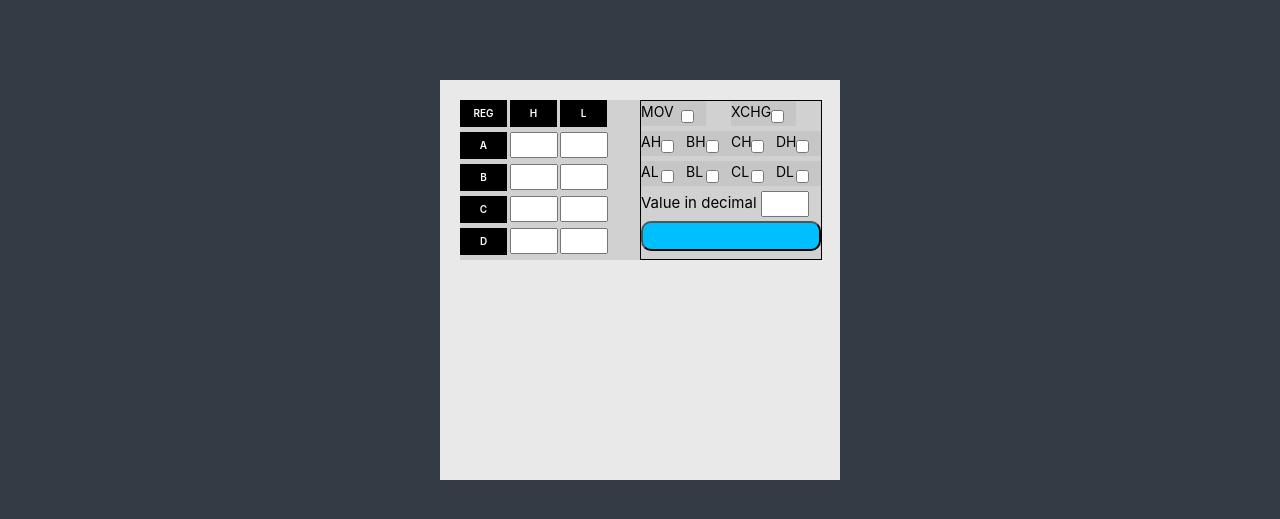
Repository: piookr-wsei/8086
Page: /
An editor plug-in stored every save of this project. The page is shown before and after the next save, followed by the edit.
The browser window is 1280 px wide. The pictures show the whole page.
The project was rebuilt for these pictures with package versions that can differ from the ones it lists, and the page was loaded fresh each time.

Above is the page before, as saved 2022-06-18 21:48:01.

### src/App.js
import React from 'react';
import { useState } from 'react';
import './App.css';
import { RegDesc, RegInput, RegWrapper, UiWindow, UiWrapper, SettingsWrapper, Labels, CheckWrapper, OpBox, LineWrap, NumDesc, RegChWrapper, Run } from './Components/Components.elements';


function App() {

  const xchg="xchg";
  const mov="mov"

  const [movChecked, setMovChecked] = useState(false);

  const [xchgChecked, setXchgChecked] = useState(false);

  const [opChosen,setOpChosen] = useState(null)

  function HandleCheck(name){
    if(name=="mov"){
      setMovChecked(!movChecked)
      setXchgChecked(false)
    }
    else if(name=="xchg"){
      setXchgChecked(!xchgChecked)
      setMovChecked(false)

    }
    setOpChosen(name)
  }

function OpChange(){
  return(
    <>
    <Labels>
      <CheckWrapper>
        MOV
        <OpBox type="checkbox"  checked={movChecked} onClick={() => HandleCheck(mov)} id="MOV"/>
      </CheckWrapper>
      <CheckWrapper style={{position:"relative", left:"10px"}}>
        XCHG
        <OpBox type="checkbox" checked={xchgChecked} onChange={() => HandleCheck(xchg)} id="XCHG" name="XCHG"/>
      </CheckWrapper>
    </Labels>
    </>
    )
  }







  return (
    <div className="App">
      <UiWindow>
        <UiWrapper>
          <RegWrapper>
            <RegDesc textContent={"REG"}/>  <RegDesc textContent={"H"}/>  <RegDesc textContent={"L"}/>

            <RegDesc textContent={"A"}/>  <RegInput maxLength={2}/> <RegInput maxLength={2}/>
            <RegDesc textContent={"B"}/>  <RegInput maxLength={2}/> <RegInput maxLength={2}/>
            <RegDesc textContent={"C"} />  <RegInput maxLength={2}/> <RegInput maxLength={2}/>
            <RegDesc textContent={"D"}/>  <RegInput maxLength={2}/> <RegInput maxLength={2}/>
          </RegWrapper>

          <SettingsWrapper>

              <OpChange/>

              <RegChWrapper>
                <CheckWrapper>
                  AH<OpBox type="checkbox"/>
                </CheckWrapper>
                <CheckWrapper>
                  BH<OpBox type="checkbox"/>
                </CheckWrapper>
                <CheckWrapper>
                  CH<OpBox type="checkbox"/>
                </CheckWrapper>
                <CheckWrapper>
                  DH<OpBox type="checkbox"/>
                </CheckWrapper>
                <CheckWrapper>
                  AL<OpBox type="checkbox"/>
                </CheckWrapper>
                <CheckWrapper>
                  BL<OpBox type="checkbox"/>
                </CheckWrapper>
                <CheckWrapper>
                  CL<OpBox type="checkbox"/>
                </CheckWrapper>
                <CheckWrapper>
                  DL<OpBox type="checkbox"/>
                </CheckWrapper>
              </RegChWrapper>

              <LineWrap>
              <NumDesc textContent={"Value in decimal"}/>  <RegInput maxLength={3} style={{width:"40px"}}/>
              </LineWrap>
              <Run></Run>
          </SettingsWrapper>



        </UiWrapper>
      </UiWindow>

    </div>
  );
}

export default App;

### src/App.css
body{
  height: 100%;
  background: rgba(1, 10, 22, 0.8);
}
.App {

}

.App-logo {
  height: 40vmin;
  pointer-events: none;
}

@media (prefers-reduced-motion: no-preference) {
  .App-logo {
    animation: App-logo-spin infinite 20s linear;
  }
}

.App-header {
  background-color: #282c34;
  min-height: 100vh;
  display: flex;
  flex-direction: column;
  align-items: center;
  justify-content: center;
  font-size: calc(10px + 2vmin);
  color: white;
}

.App-link {
  color: #61dafb;
}

@keyframes App-logo-spin {
  from {
    transform: rotate(0deg);
  }
  to {
    transform: rotate(360deg);
  }
}

### src/Components/Components.elements.js
import styled from "styled-components";

export const UiWindow = styled.div`
    height: 400px;
    width: 400px;
    background: rgb(233,233,233);
    position: relative;
    margin: auto;
    top: 80px;
`

export const UiWrapper = styled.div`
    border: 20px solid transparent;
    display: grid;
    grid-template-columns: 1fr 1fr;
`

export const RegWrapper = styled.div`
    width: 180px;
    background: rgba(0,0,0,0.1);
    position: relative;
    left: 0;
    display: grid;
    grid-template-columns: 50px 50px 50px;
`

export const RegInput = styled.input`
    height: 20px;
    width: 40px;
    margin-bottom:5px;
    text-align: center;
`

export const SettingsWrapper = styled.div`
    width: 180px;
    background: rgba(0,0,0,0.1);
    position: relative;
    right: 0;
    display: grid;
    grid-template-columns: 180px;
    border: solid 1px black;
    font-size: 14px;
    line-height: 22px;
    grid-template-rows: 30px 60px repeat(auto-fit, 30px);

`

export const RegDescSC = styled.div`
    height: 27px;
    width: 47px;
    background: black;
    margin-bottom:5px;
    color: white;
    font-weight: 600;
`

export const DescText = styled.p`
    font-size: 10px;
    text-align: center;
    position: relative;
    top: -3px;
`

export function RegDesc(props){
    return(
        <RegDescSC>
            <DescText>{props.textContent}</DescText>
        </RegDescSC>
    )
}

export const Labels = styled.div`
    display: grid;
    grid-template-columns: 80px 80px;
`

export const CheckWrapper = styled.div`
    background: rgba(0,0,0,0.05);
    min-width: 30px;
    max-width: 65px;
    height: 25px;
    display: flex;
    justify-content: space-between;
`

export const OpBox = styled.input`
    vertical-align: "middle";
    position: relative;
    top: 3px;
    left: -9px;
`

export const LineWrap = styled.div`
    width: 180px;
    display: flex;
    align-items: center;
`

export const NumSC = styled.div`
    width: 120px;
    text-align: left !important;
`

export function NumDesc(props){
    return(
        <NumSC>
            <DescText style={{textAlign: "left", fontSize:"15px"}}>{props.textContent}</DescText>
        </NumSC>
    )
}

export const RegChWrapper = styled.div`
width: 180px;
display: grid;
grid-template-columns: 45px 45px 45px 45px ;
`

export const Run = styled.button`
width: 180px;
border-radius: 10px;
background-color: #00bfff;
`

Loaded but not shown: public/index.html (common file); src/index.js (common file); src/index.css (common file); src/reportWebVitals.js (common file)

After the next save:
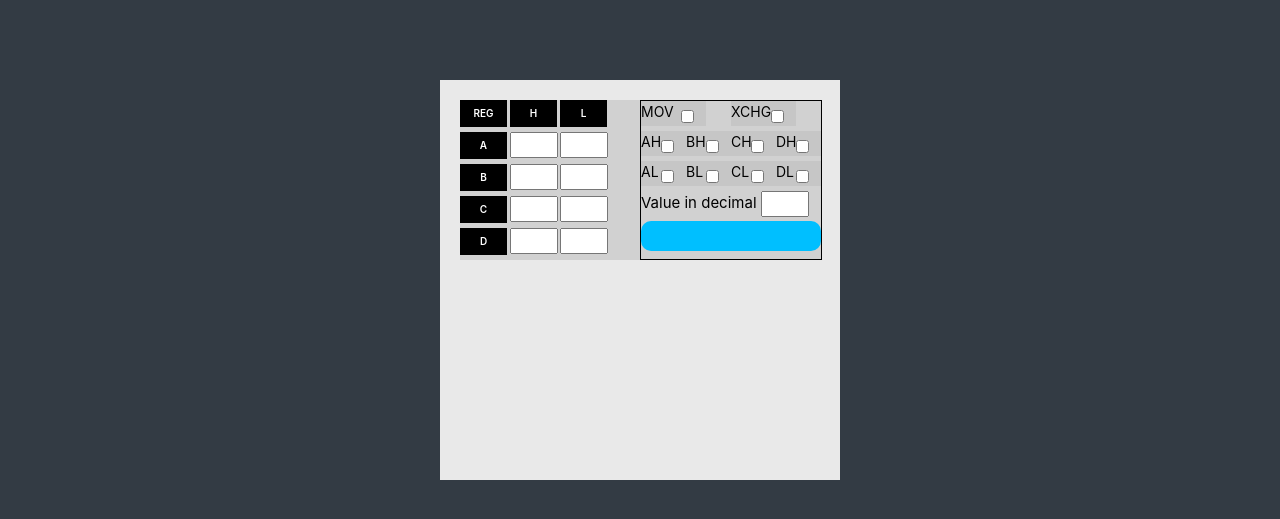
Saved 18 s later.
--- a/src/Components/Components.elements.js
+++ b/src/Components/Components.elements.js
@@ -118,5 +118,6 @@ grid-template-columns: 45px 45px 45px 45px ;
 export const Run = styled.button`
 width: 180px;
 border-radius: 10px;
+border:transparent;
 background-color: #00bfff;
 `
